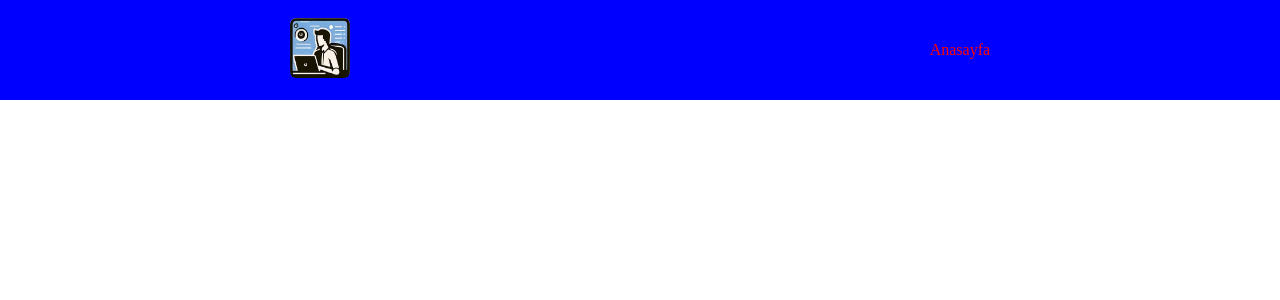
Repository: 0hasandemirtas/react-odev
Page: /
An editor plug-in stored every save of this project. The page is shown before and after the next save, followed by the edit.
The browser window is 1280 px wide. The pictures show the whole page.
The project was rebuilt for these pictures with package versions that can differ from the ones it lists, and the page was loaded fresh each time.

Above is the page before, as saved 2024-06-13 13:13:12.

### src/index.css
body {
  margin: 0;

}

### src/App.js

import './App.css';
import Header from "./components/header";

function App() {
  return (
    <div className="App">

     <Header/>
    </div>
  );
}

export default App;

### src/App.css
.App {
  text-align: center;
}
.App-header {
  background-color: #282c34;
  min-height: 100vh;
  display: flex;
  flex-direction: column;
  align-items: center;
  justify-content: center;
  color: white;
}

.App-link {
  color: #61dafb;
}

### src/components/header/index.js
import React from 'react';
import logo2 from './logo2.png';
import useStyles from './stylesheet';

const Header = ()=>{
  const classes = useStyles();
  return (
    <div className={classes.container}>
      <div>
          <img  className={classes.logo} src={logo2} alt="Logo"/>
      </div>
      <div><a>Anasayfa</a></div>

    </div>
  )
}

export default Header

### src/components/header/stylesheet.js
import {
    createUseStyles
} from "react-jss";

const useStyles = createUseStyles({
    container:{
        display:"flex",
        width:"100%",
        height:"100px",
        backgroundColor:"blue",
        color:"red",
        alignItems:"center",
        justifyContent:"space-around"
    },
    contentContainer:{
        display:"flex",
        justifyContent:"space-between",
        width:"100%"
    },
    logo:{
        width:"60px",
        height:"60px",
        borderRadius:"6px"
    }
},
{
    name: "header-component"
});

export default useStyles;

Loaded but not shown: public/index.html (common file); src/index.js (common file)

After the next save:
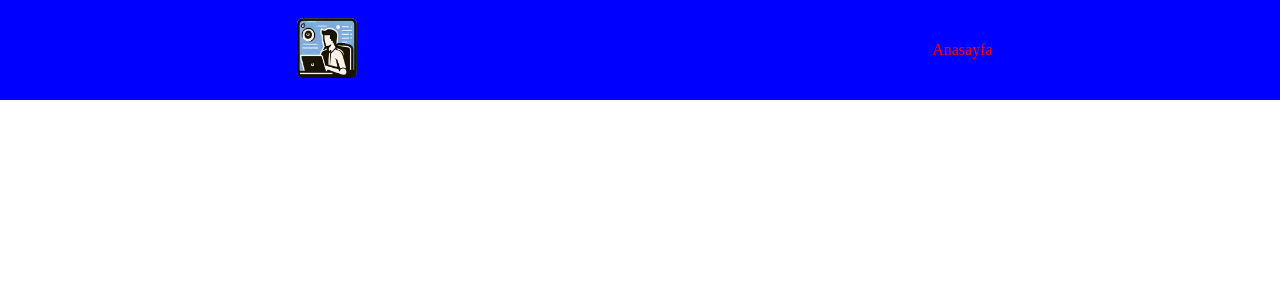
Saved 14 s later.
--- a/src/components/header/stylesheet.js
+++ b/src/components/header/stylesheet.js
@@ -18,6 +18,7 @@ const useStyles = createUseStyles({
         width:"100%"
     },
     logo:{
+        marginLeft:"10px",
         width:"60px",
         height:"60px",
         borderRadius:"6px"
